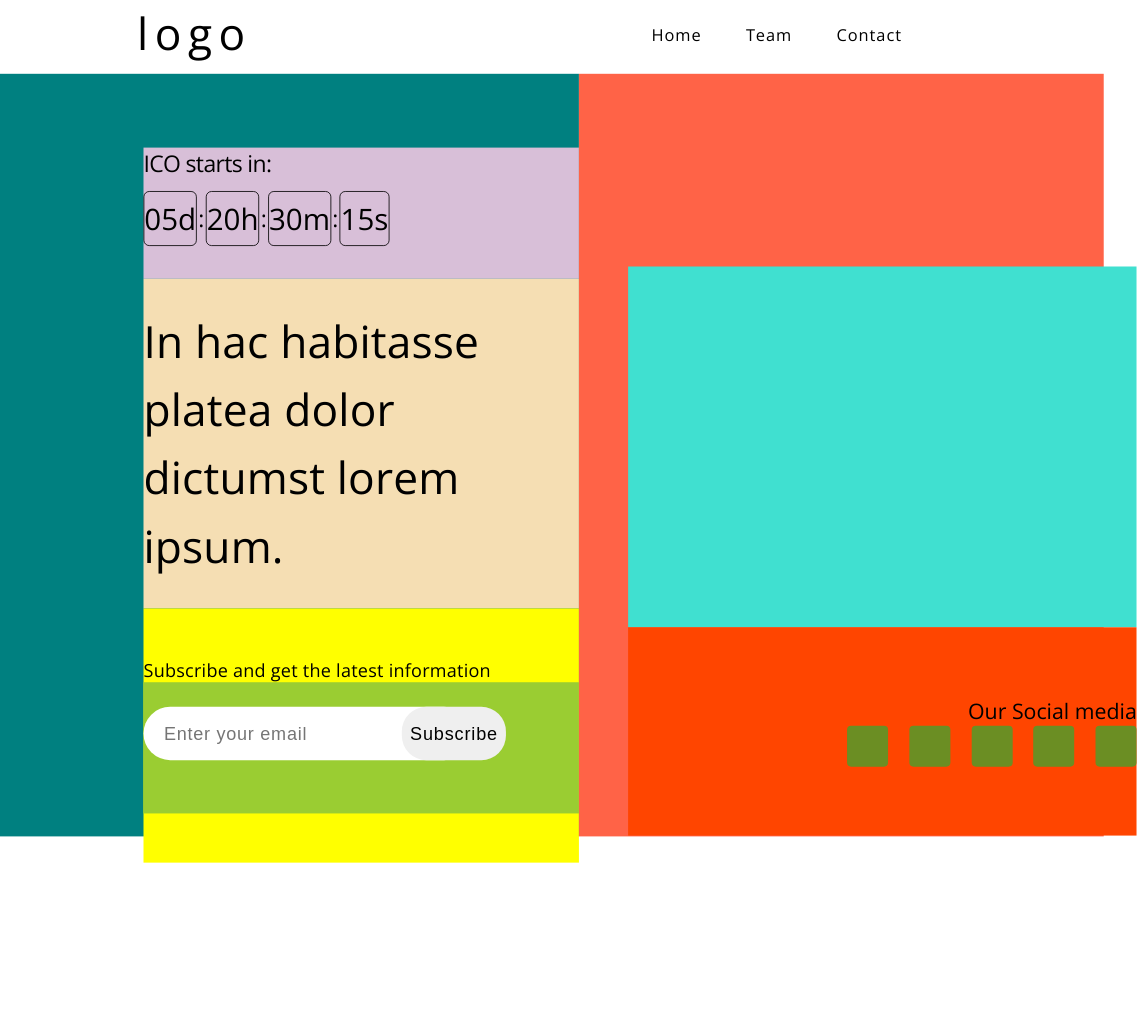
Repository: McGregorSt/newOne
Page: index.html
The author's editor kept a copy of each file at every save. The page is drawn from the files as they stood at one save, then again after a run of saves.
The browser window is 1280 px wide. The page is 1386 px wide, so the pictures cover 1386 px, including what lies to the right of the window. The pictures show the whole page, at 82% of full size.

Above is the page before, as saved 2019-12-13 19:17:17.

After the next 2 saves:
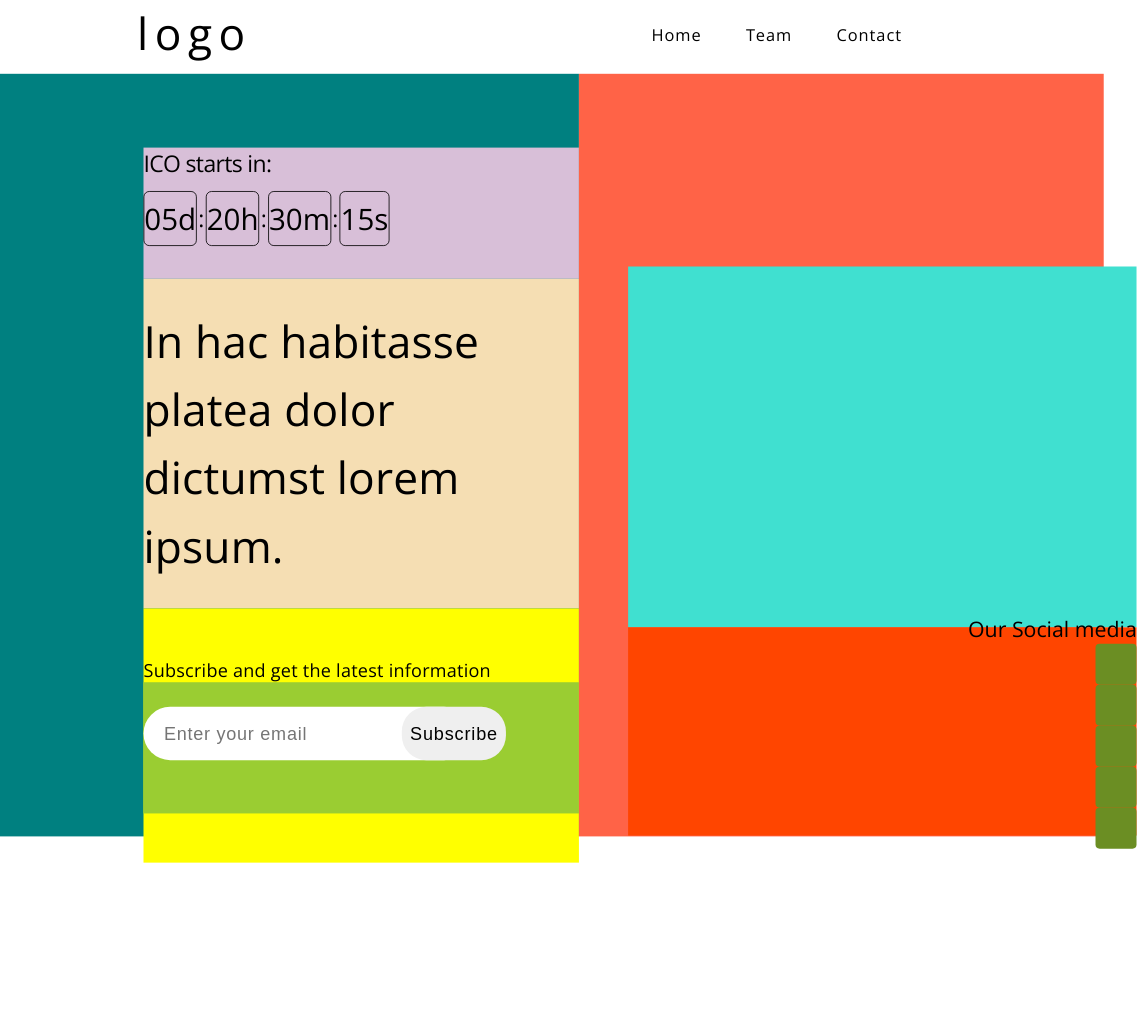
The 2 saves are shown as one change because they came seconds apart.
The last was saved 40 s later.
--- a/css/style.css
+++ b/css/style.css
@@ -147,6 +147,7 @@
   background-color: orangered;
   padding: 20px 0;
 }
+.m
 .media__social__items {
   width: 57%;
   display: flex;

After the 3 saves that followed:
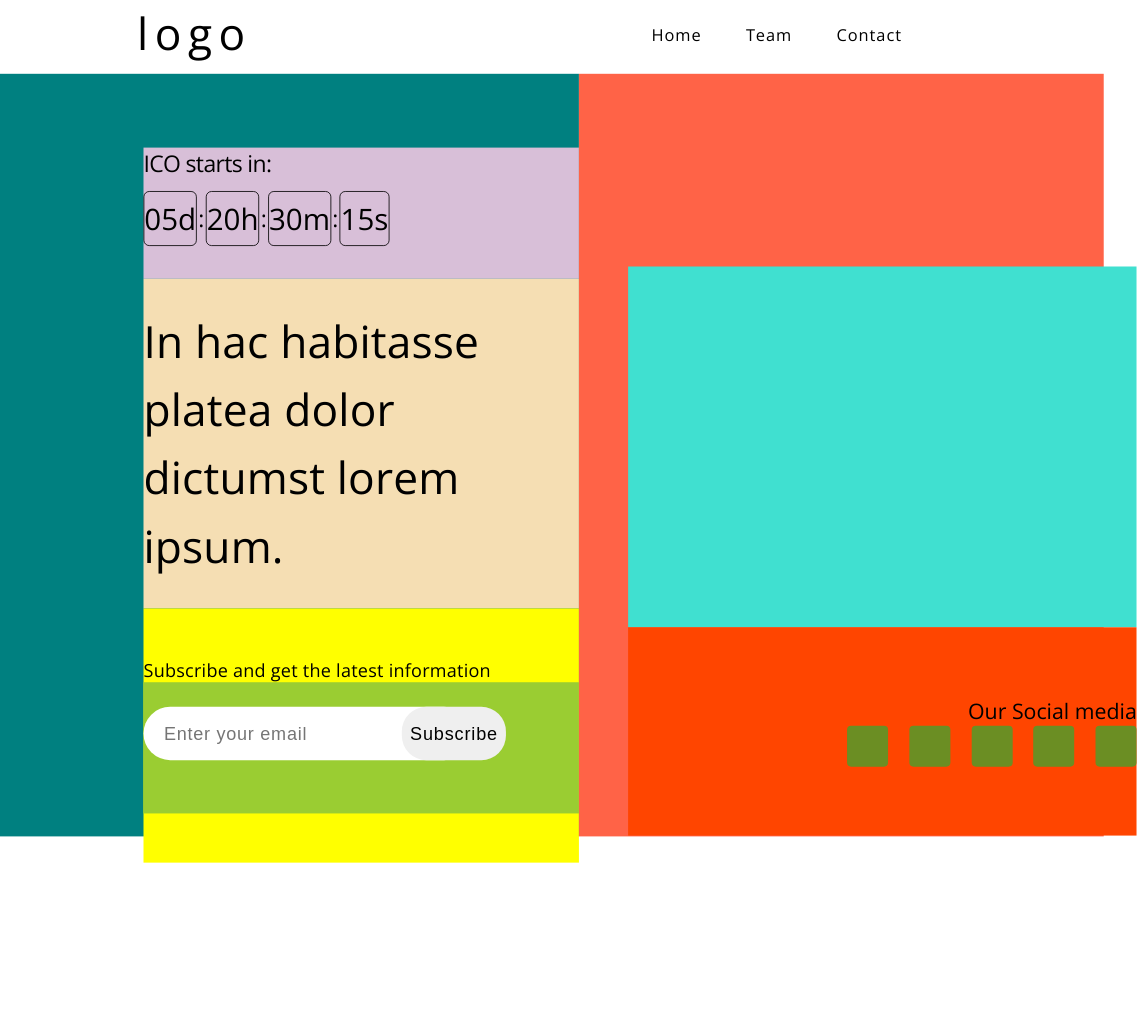
The 3 saves are shown as one change because they came seconds apart.
The last was saved 10 s later.
--- a/css/style.css
+++ b/css/style.css
@@ -147,7 +147,9 @@
   background-color: orangered;
   padding: 20px 0;
 }
-.m
+.media__social__header {
+
+}
 .media__social__items {
   width: 57%;
   display: flex;
